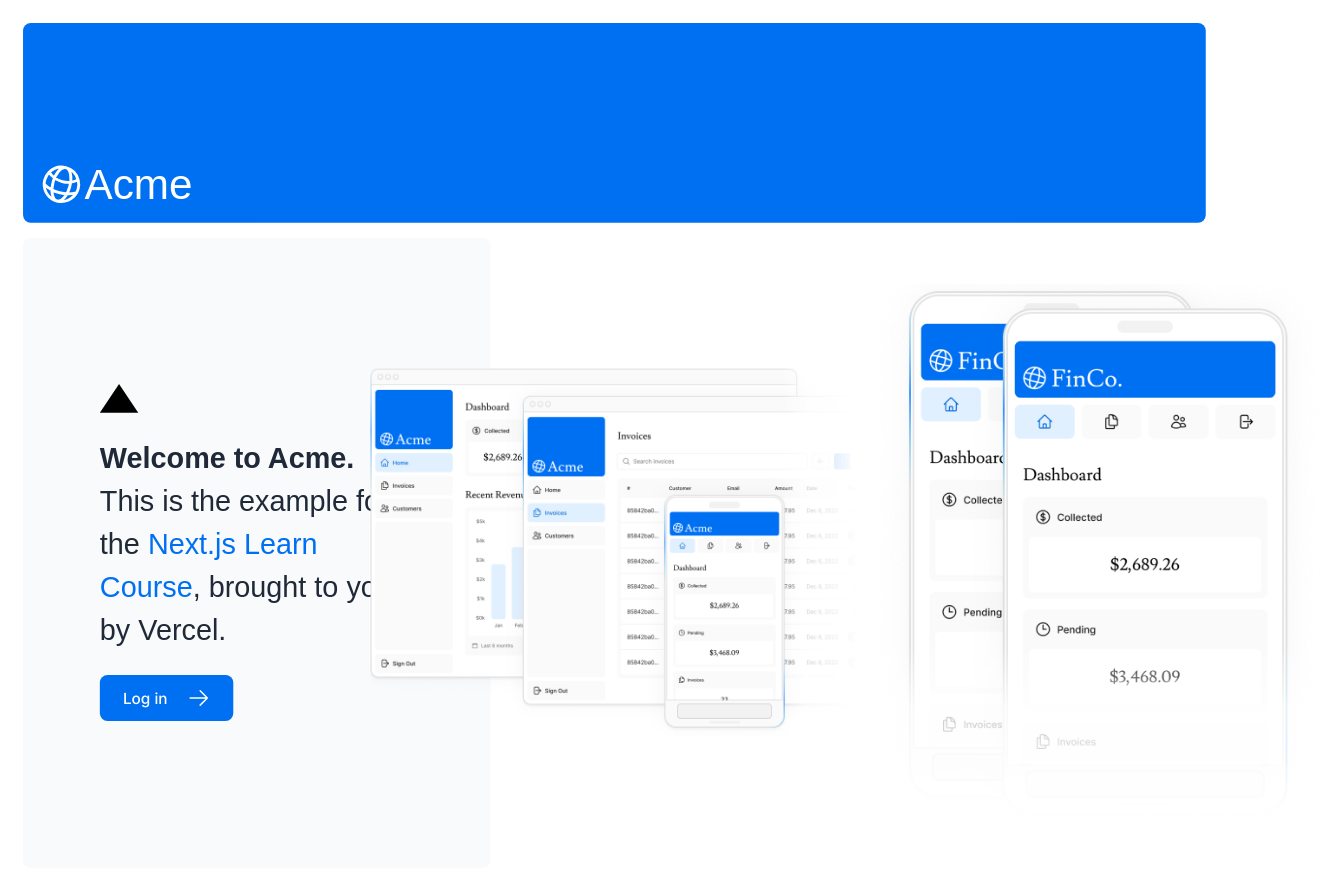
Repository: xupppp/next-project
Page: /
An editor plug-in stored every save of this project. The page is shown before and after the next save, followed by the edit.
The browser window is 1280 px wide. The page is 1397 px wide, then 1280 px, so the pictures cover 1397 px, including what lies to the right of the window. The pictures show the whole page, at 96% of full size.
Some web fonts or font styles are not loaded; a fallback is used. The project was rebuilt for these pictures with package versions that can differ from the ones it lists, and the page was loaded fresh each time. The framework's server and built-in components were replaced by stand-ins that run in the browser. Also part of the build but not shown: next.config.js.

Above is the page before, as saved 2023-12-12 11:30:35.

### app/page.tsx
import AcmeLogo from '@/app/ui/acme-logo';
import { ArrowRightIcon } from '@heroicons/react/24/outline';
import Link from 'next/link';
import { lusitana } from '@/app/ui/fonts';
import Image from 'next/image';

export default function Page() {
  return (
    <main className="flex min-h-screen flex-col p-6">
      <div className="flex h-20 shrink-0 items-end rounded-lg bg-blue-500 p-4 md:h-52">
        <AcmeLogo />
      </div>
      <div className="mt-4 flex grow flex-col gap-4 md:flex-row">
        <div className="flex flex-col justify-center gap-6 rounded-lg bg-gray-50 px-6 py-10 md:w-2/5 md:px-20">
          <div className="h-0 w-0 border-b-[30px] border-l-[20px] border-r-[20px] border-b-black border-l-transparent border-r-transparent" />
          <p
            className={`${lusitana.className} text-xl text-gray-800 md:text-3xl md:leading-normal`}
          >
            <strong>Welcome to Acme.</strong> This is the example for the{' '}
            <a href="https://nextjs.org/learn/" className="text-blue-500">
              Next.js Learn Course
            </a>
            , brought to you by Vercel.
          </p>
          <Link
            href="/login"
            className="flex items-center gap-5 self-start rounded-lg bg-blue-500 px-6 py-3 text-sm font-medium text-white transition-colors hover:bg-blue-400 md:text-base"
          >
            <span>Log in</span> <ArrowRightIcon className="w-5 md:w-6" />
          </Link>
        </div>
        <div className="flex items-center justify-center p-6 md:w-3/5 md:px-28 md:py-12">
          {/* Add Hero Images Here */}
          <Image
            src="/hero-desktop.png"
            width={1000}
            height={760}
            className="hidden md:block"
            alt="Screenshots of the dashboard project showing desktop version"
          />
          <Image
            src="/hero-mobile.png"
            width={560}
            height={620}
            className="hidden sm:block"
            alt="Screenshots of the dashboard project showing mobile version"
          />
        </div>
      </div>
    </main>
  );
}

Loaded but not shown: app/layout.tsx (common file); app/ui/global.css (common file); app/ui/fonts.ts (common file); app/ui/acme-logo.tsx (common file); tailwind.config.ts (common file)

After the next save:
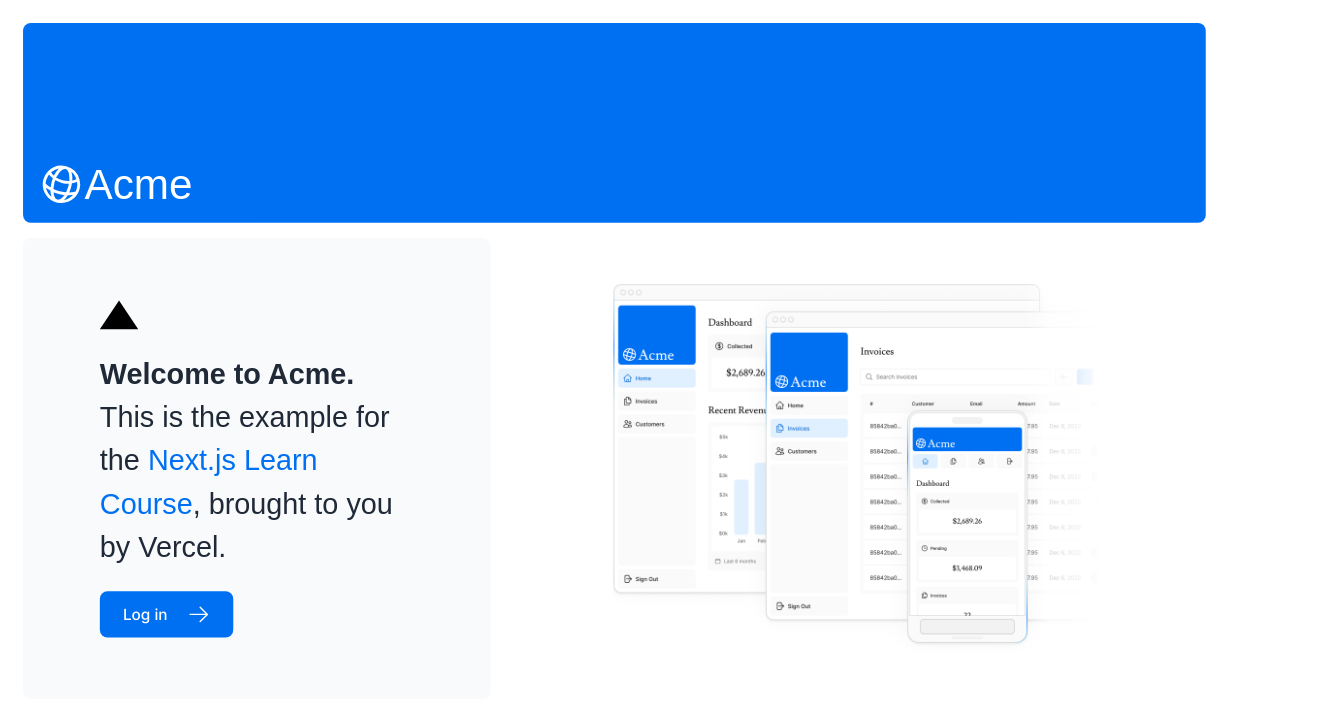
Saved 113 min 6 s later.
--- a/app/page.tsx
+++ b/app/page.tsx
@@ -42,7 +42,7 @@ export default function Page() {
             src="/hero-mobile.png"
             width={560}
             height={620}
-            className="hidden sm:block"
+            className="hidden"
             alt="Screenshots of the dashboard project showing mobile version"
           />
         </div>
